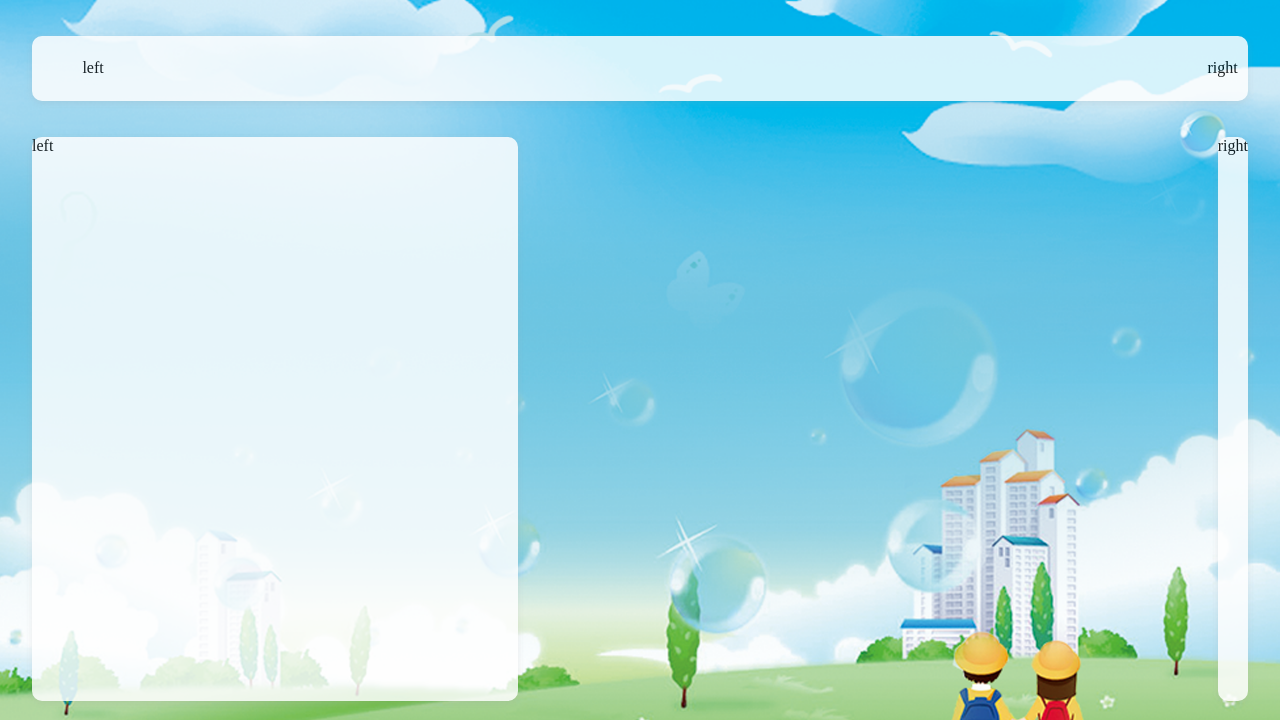
Repository: huangdesheng/classBrand
Page: / (app in classBrand/)
The author's editor kept a copy of each file at every save. The page is drawn from the files as they stood at one save, then again after a run of saves.
The browser window is 1280 px wide. The pictures show the whole page.
The project was rebuilt for these pictures with package versions that can differ from the ones it lists, and the page was loaded fresh each time.

Above is the page before, as saved 2019-08-23 09:53:54.

### classBrand/index.html
<!DOCTYPE html>
<html>
  <head>
    <meta charset="utf-8">
    <meta name="viewport" content="width=device-width,initial-scale=1.0">
    <title>classbrand</title>
  </head>
  <body>
    <div id="app"></div>
    <!-- built files will be auto injected -->
  </body>
</html>

### classBrand/src/App.vue
<template>
  <div id="app">
    <router-view />
  </div>
</template>

<script>
export default {
  name: "App"
};
</script>

<style lang="less">
.bt {
  width: 100vw;
  height: 100vh;
  background: url(./assets/bg/bg.png);
  background-size: 100% 100%;
  background-repeat: no-repeat;
  background-position: center;
  position: fixed;
  left: 0;
  top: 0;
  display: flex;
  justify-content: center;
  align-items: center;
}
#app {
  .bt;
}
</style>

### classBrand/src/router/index.js
import Vue from 'vue'
import Router from 'vue-router'
import index from '@/views/index'

Vue.use(Router)

export default new Router({
  routes: [{
    path: '/',
    name: 'index',
    component: index
  }]
})

### classBrand/src/views/index/index.vue
<template>
  <div id="index">
    <header>
      <ul>
        <li>left</li>
        <li>right</li>
      </ul>
    </header>
    <section>
      <aside>left</aside>
      <aside>right</aside>
    </section>
  </div>
</template>

<script>
export default {};
</script>

<style lang="less" scoped>
.bt {
  background: rgba(255, 255, 255, 1);
  box-shadow: 0px 2px 7px 0px rgba(161, 157, 157, 0.23);
  opacity: 0.84;
  border-radius: 10px;
}
.flex {
  display: flex;
  justify-content: space-between;
  align-items: center;
}
#index {
  width: 95%;
  height: 90%;
  header {
    .bt;
    height: 10%;
    width: 100%;
    > ul {
      list-style: none;
      width: 95%;
      height: 100%;
      margin: 0 auto;
      display: flex;
      justify-content: space-between;
      align-items: center;
    }
  }
  section {
    .flex;
    width: 100%;
    margin-top: 3%;
    height: 87%;
    aside {
      .bt;
      height: 100%;

      &:nth-of-type(1) {
        width: 40%;
        margin-right: 3%;
      }
      &:nth-of-type(1) {
        width: 40%;
        margin-right: 3%;
      }
    }
  }
}
</style>

Loaded but not shown: classBrand/src/main.js (common file)

After the next 2 saves:
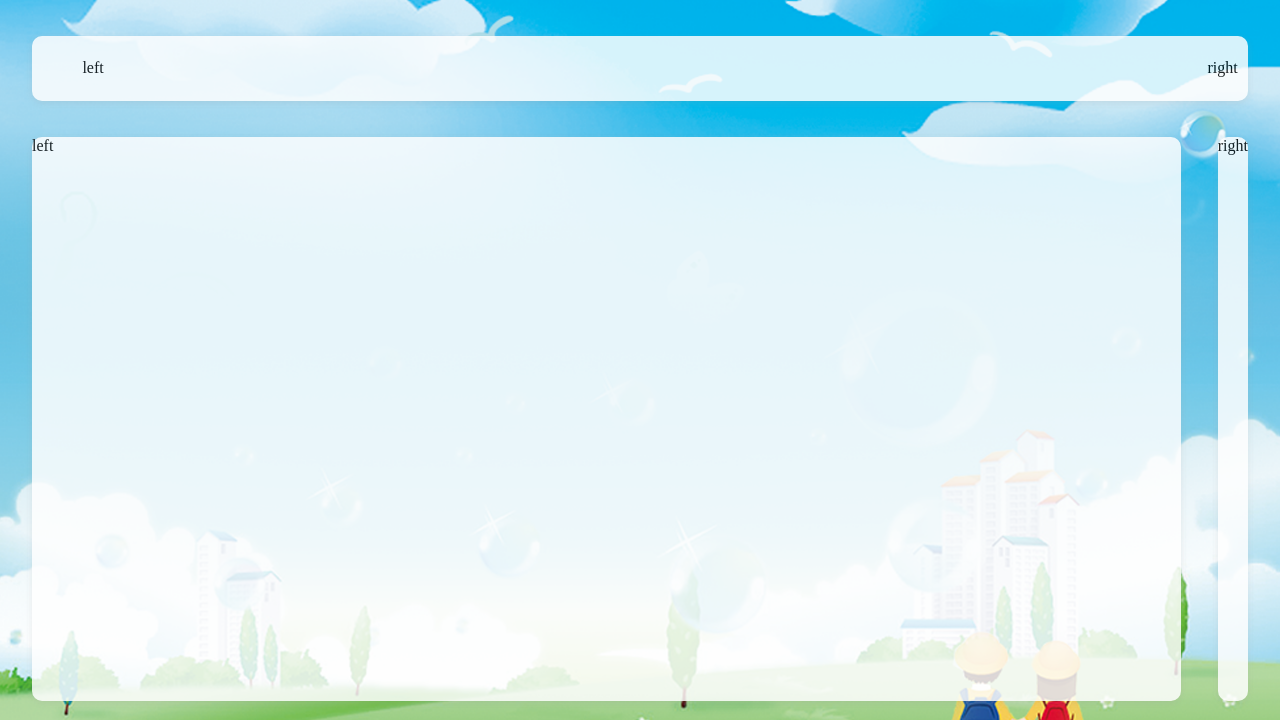
The 2 saves are shown as one change because they came seconds apart.
The last was saved 6 s later.
--- a/classBrand/src/views/index/index.vue
+++ b/classBrand/src/views/index/index.vue
@@ -60,7 +60,7 @@ export default {};
         margin-right: 3%;
       }
       &:nth-of-type(1) {
-        width: 40%;
+        flex: 1;
         margin-right: 3%;
       }
     }
